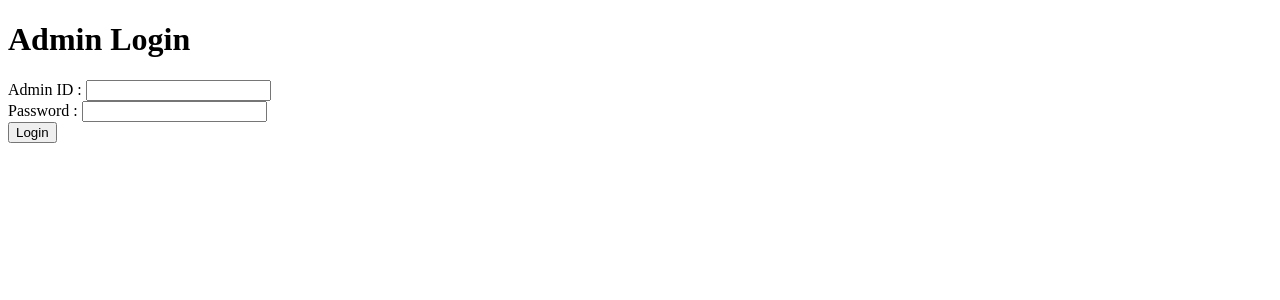
Repository: nelsonamaran14/OnlineShopping_CaseStudy2
Page: http://localhost/OnlineShopping/admin_login.jsp
These files come from the project's save history. The page is drawn as it stood at one moment and after the next save; the edit follows.
The browser window is 1280 px wide. The pictures show the whole page.
The page is served by Tomcat 9. Other server files are loaded and not shown.

Above is the page before, as saved 2023-09-05 09:17:38.

### OnlineShopping/src/main/webapp/admin_login.jsp
<%@ page language="java" contentType="text/html; charset=ISO-8859-1"
    pageEncoding="ISO-8859-1"%>
<!DOCTYPE html>
<html>
<head>
<meta charset="ISO-8859-1">
<title>Admin Login Page</title>
</head>
<body>
 <h1>Admin Login</h1>
<form action ="admin.jsp" method = "post">
Admin ID :
<input type = "text" name = "username" >
</br>
Password :
<input type ="password" name = "password">
</br>
<input type ="submit" value ="Login">
</form>

</body>
</html>

After the next save:
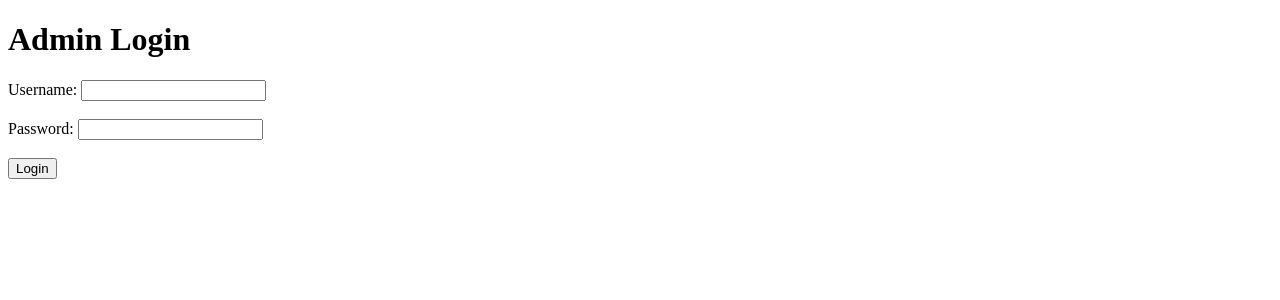
Saved 3 min 11 s later.
--- a/OnlineShopping/src/main/webapp/admin_login.jsp
+++ b/OnlineShopping/src/main/webapp/admin_login.jsp
@@ -8,14 +8,16 @@
 </head>
 <body>
  <h1>Admin Login</h1>
-<form action ="admin.jsp" method = "post">
-Admin ID :
-<input type = "text" name = "username" >
-</br>
-Password :
-<input type ="password" name = "password">
-</br>
-<input type ="submit" value ="Login">
+
+
+<form action="adminLogin" method="post">
+    <label for="username">Username:</label>
+    <input type="text" id="username" name="username" required><br><br>
+
+    <label for="password">Password:</label>
+    <input type="password" id="password" name="password" required><br><br>
+
+    <input type="submit" value="Login">
 </form>
 
 </body>
